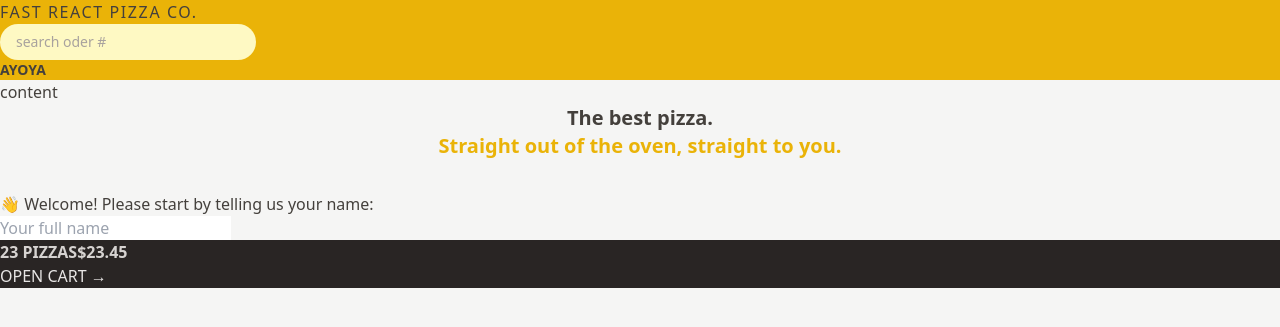
Repository: ayakhaled0001/pizza-delivery
Page: /
These files come from the project's save history. The page is drawn as it stood at one moment and after the next save; the edit follows.
The browser window is 1280 px wide. The pictures show the whole page.
The project was rebuilt for these pictures with package versions that can differ from the ones it lists, and the page was loaded fresh each time. Also part of the build but not shown: vite.config.js, src/services/apiRestaurant.jsx, src/utilities/helpers.jsx, src/features/menu/MenuItem.jsx, src/features/menu/Menu.jsx, src/features/cart/Cart.jsx, src/features/order/Order.jsx, src/ui/Loader.jsx and 1 more. Imported but missing from the stored project, and not drawn on this page: src/features/order/CreateOrder.

Above is the page before, as saved 2025-05-01 02:33:12.

### index.html
<!DOCTYPE html>
<html lang="en">
  <head>
    <meta charset="UTF-8" />
    <link rel="icon" type="image/svg+xml" href="/vite.svg" />
    <meta name="viewport" content="width=device-width, initial-scale=1.0" />
    <title>Vite + React</title>
  </head>
  <body class="bg-stone-100 text-stone-700">
    <div id="root"></div>
    <script type="module" src="/src/main.jsx"></script>
  </body>
</html>

### src/App.jsx
import { createBrowserRouter, RouterProvider } from "react-router-dom";
import Home from "./ui/Home";
import Menu, { loader as menuLoader } from "./features/menu/Menu";
import Cart from "./features/cart/Cart";
import CreateOrder, {
  action as CreateOrderAction,
} from "./features/order/CreateOrder";
import Order, { loader as orderLoader } from "./features/order/Order";
import AppLayout from "./ui/AppLayout";
import Error from "./ui/Error";
const router = createBrowserRouter([
  {
    element: <AppLayout />,
    children: [
      { path: "/", element: <Home /> },
      {
        path: "/menu",
        element: <Menu />,
        loader: menuLoader,
        errorElement: <Error />,
      },
      { path: "/cart", element: <Cart /> },
      {
        path: "/order/new",
        element: <CreateOrder />,
        action: CreateOrderAction,
      },
      {
        path: "/order/:orderId",
        element: <Order />,
        loader: orderLoader,
        errorElement: <Error />,
      },
    ],
  },
]);
function App() {
  return <RouterProvider router={router} />;
}

export default App;

### src/ui/Home.jsx
import CreateUser from "../features/user/CreateUser";
function Home() {
  return (
    <div className="mp-10">
      <h1 className=" mb-8 text-xl  font-semibold text-center ">
        The best pizza.
        <br />
        <span className="text-yellow-500">
          Straight out of the oven, straight to you.
        </span>
      </h1>
      <CreateUser />
    </div>
  );
}

export default Home;

### src/ui/AppLayout.jsx
import Header from "./Header";
import CartOverview from "../features/cart/CartOverview";
import { Outlet, useNavigation } from "react-router-dom";
import Loader from "./Loader";

function AppLayout() {
  const navigation = useNavigation();
  const isLoading = navigation.state === "loading";
  console.log(navigation.state);
  return (
    <div className="layout">
      {isLoading && <Loader />}
      <Header />
      <main>
        <p>content</p>
        <Outlet />
      </main>
      <CartOverview />
    </div>
  );
}

export default AppLayout;

### src/ui/Header.jsx
import { Link } from "react-router-dom";
import SearchOrder from "../features/order/SearchOrder.jsx";
import UserName from "../features/user/UserName.jsx";

function Header() {
  return (
    <header className="bg-yellow-500 uppercase">
      <Link to="/" className="tracking-widest">
        Fast React Pizza Co.
      </Link>
      <SearchOrder />
      <UserName />
    </header>
  );
}

export default Header;

### src/features/cart/CartOverview.jsx
import { Link } from "react-router-dom";

function CartOverview() {
  return (
    <div className="bg-stone-800 text-stone-200 uppercase">
      <p className="text-stone-300 font-semibold">
        <span>23 pizzas</span>
        <span>$23.45</span>
      </p>
      <Link to="/cart">Open cart &rarr;</Link>
    </div>
  );
}

export default CartOverview;

### src/features/order/SearchOrder.jsx
import { useState } from "react";
import { useNavigate } from "react-router-dom";

function SearchOrder() {
  const [query, setQuery] = useState("");
  const navigate = useNavigate();
  function handleSubmit(e) {
    e.preventDefault();
    if (!query) return;
    navigate(`/order/${query}`);
    setQuery("");
  }
  return (
    <form onSubmit={handleSubmit}>
      <input
        placeholder="search oder #"
        value={query}
        onChange={(e) => setQuery(e.target.value)}
        className="duration-300 sm:w-64 focus:outline-none focus:ring
         focus:ring-yellow-500 focus:ring-opacity-50  sm:focus:w-72 transition-all w-28
         bg-yellow-100 rounded-full px-4 py-2 text-sm placeholder:text-stone-400"
      />
    </form>
  );
}

export default SearchOrder;

### src/features/user/UserName.jsx
function UserName() {
  return <div className="text-sm font-semibold">ayoya</div>;
}

export default UserName;

Loaded but not shown: src/main.jsx (common file); src/index.css (common file); src/features/user/CreateUser.jsx (common file); tailwind.config.js (common file)

After the next save:
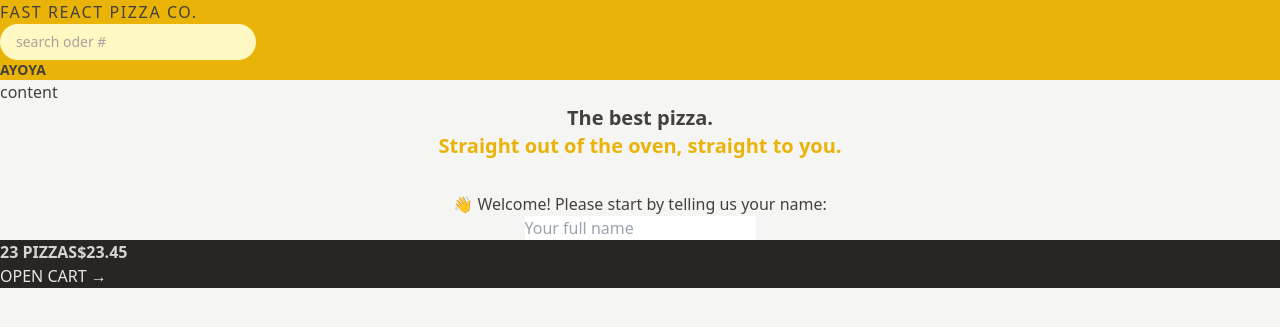
Saved 14 s later.
--- a/src/ui/Home.jsx
+++ b/src/ui/Home.jsx
@@ -1,8 +1,8 @@
 import CreateUser from "../features/user/CreateUser";
 function Home() {
   return (
-    <div className="mp-10">
-      <h1 className=" mb-8 text-xl  font-semibold text-center ">
+    <div className="mp-10  text-center">
+      <h1 className=" mb-8 text-xl  font-semibold ">
         The best pizza.
         <br />
         <span className="text-yellow-500">
